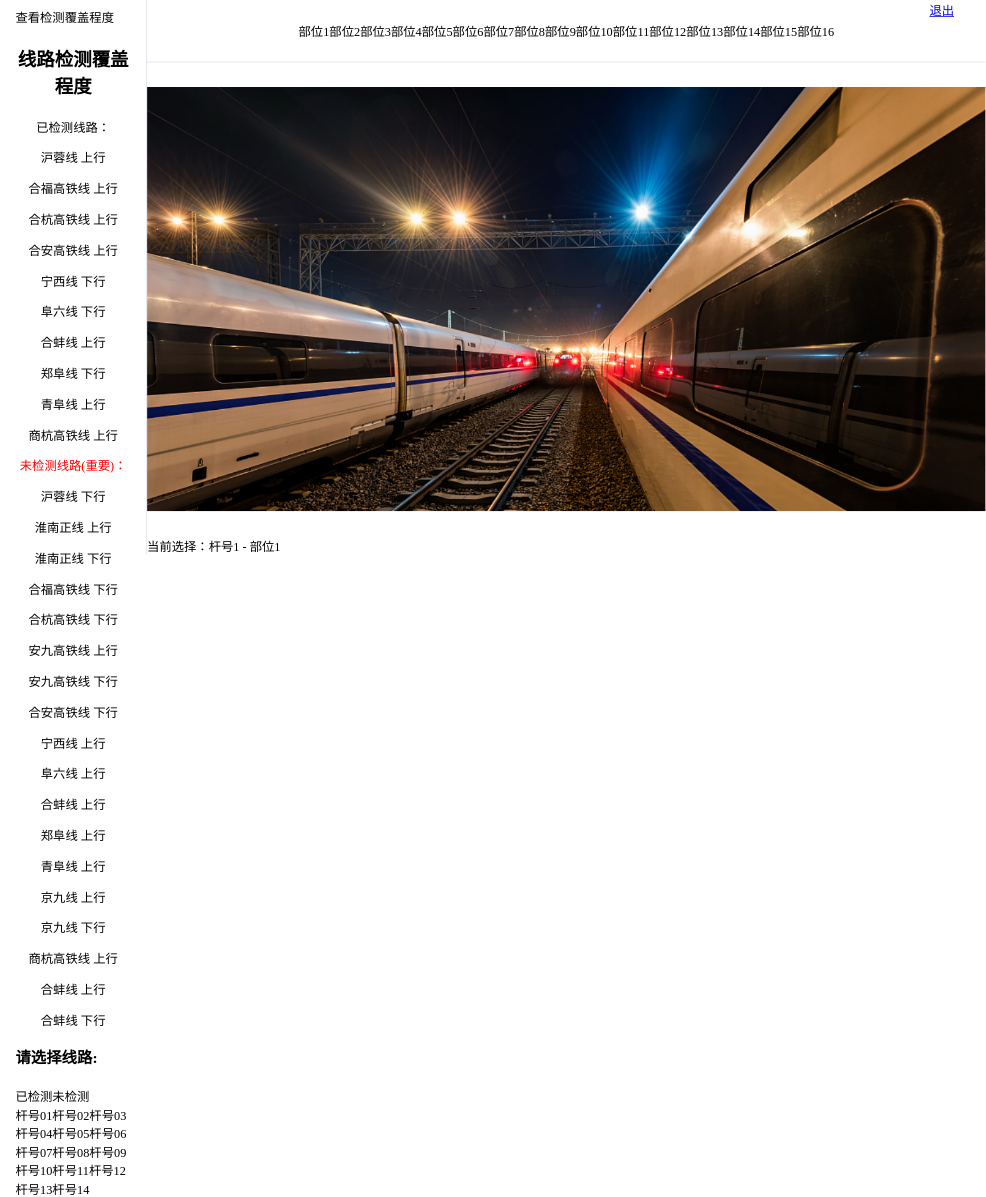
Repository: AweUniver/new_bishe_vue
Page: /#/camera
The author's editor kept a copy of each file at every save. The page is drawn from the files as they stood at one save, then again after the next save.
The browser window is 1280 px wide. The pictures show the whole page, at 77% of full size.
The project was rebuilt for these pictures with package versions that can differ from the ones it lists, and the page was loaded fresh each time. Also part of the build but not shown: vue.config.js. Imported but missing from the stored project, and not drawn on this page: src/elementUI/index.

Above is the page before, as saved 2023-05-18 17:47:31.

After the next save:
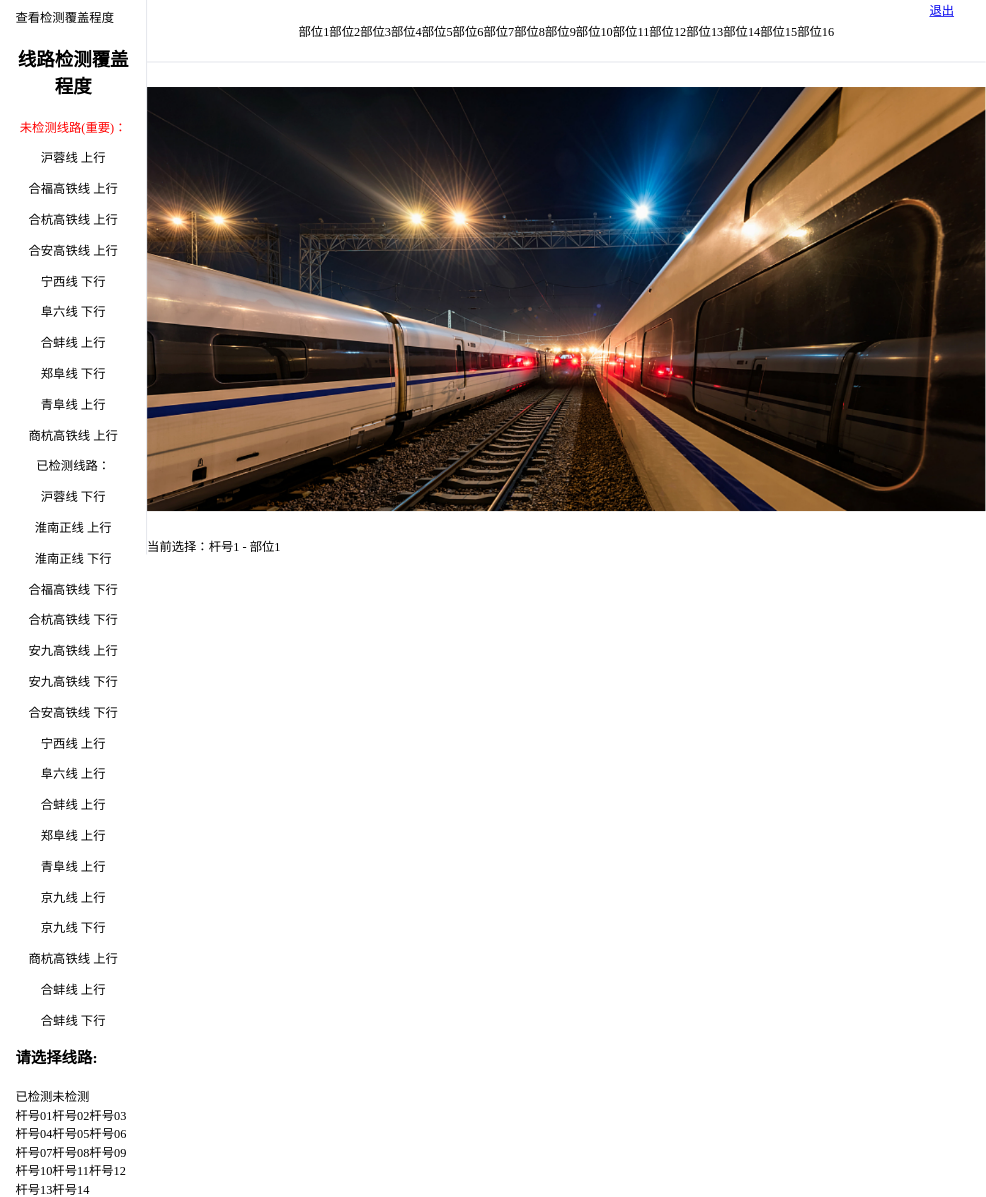
Saved 2 h 45 min later.
--- a/src/views/camera/index.vue
+++ b/src/views/camera/index.vue
@@ -18,7 +18,7 @@
             >
               线路检测覆盖程度
             </p>
-            <p class="centered-text">已检测线路：</p>
+            <p class="centered-text" style="color: red">未检测线路(重要)：</p>
             <p class="centered-text">沪蓉线 上行</p>
             <p class="centered-text">合福高铁线 上行</p>
             <p class="centered-text">合杭高铁线 上行</p>
@@ -30,7 +30,7 @@
             <p class="centered-text">郑阜线 下行</p>
             <p class="centered-text">青阜线 上行</p>
             <p class="centered-text">商杭高铁线 上行</p>
-            <p class="centered-text" style="color: red">未检测线路(重要)：</p>
+            <p class="centered-text">已检测线路：</p>
             <p class="centered-text">沪蓉线 下行</p>
             <p class="centered-text">淮南正线 上行</p>
             <p class="centered-text">淮南正线 下行</p>
